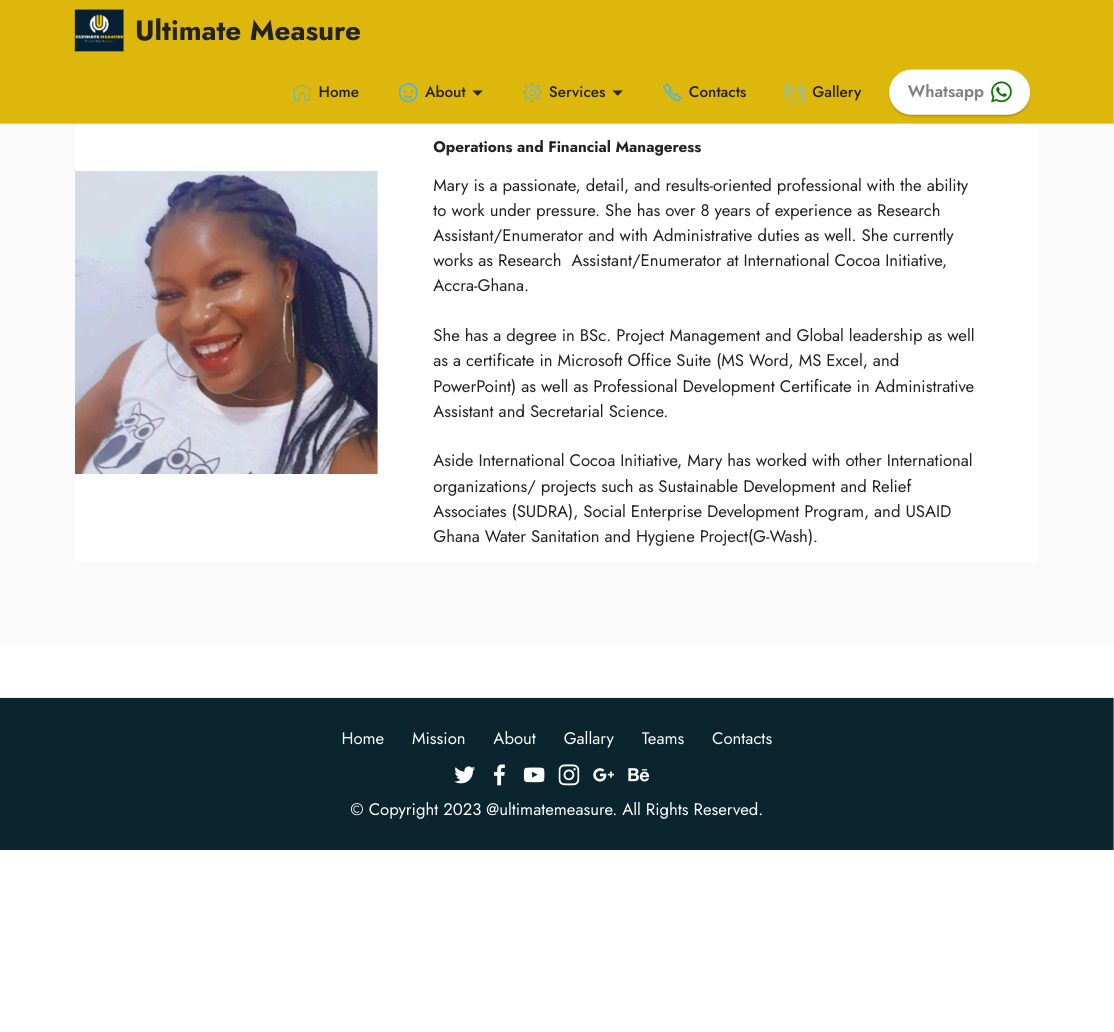
Repository: Saviour-Dagadu/ultMeasure
Page: page5.html
The author's editor kept a copy of each file at every save. The page is drawn from the files as they stood at one save, then again after a run of saves.
The browser window is 1280 px wide. The pictures show the whole page, at 87% of full size.

Above is the page before, as saved 2023-07-19 03:44:14.

### page5.html
<!DOCTYPE html>
<html  >
<head>
  <!-- Site made with Mobirise Website Builder v5.6.13, https://mobirise.com -->
  <meta charset="UTF-8">
  <meta http-equiv="X-UA-Compatible" content="IE=edge">
  <meta name="generator" content="Mobirise v5.6.13, mobirise.com">
  <meta name="twitter:card" content="summary_large_image"/>
  <meta name="twitter:image:src" content="">
  <meta property="og:image" content="">
  <meta name="twitter:title" content="UltimateMeasure_Mary_Profile">
  <meta name="viewport" content="width=device-width, initial-scale=1, minimum-scale=1">
  <link rel="shortcut icon" href="assets/images/ultimate-logo-1.jpeg" type="image/x-icon">
  <meta name="description" content="">


  <title>UltimateMeasure_Mary_Profile</title>
  <link rel="stylesheet" href="assets/web/assets/mobirise-icons2/mobirise2.css">
  <link rel="stylesheet" href="assets/web/assets/mobirise-icons/mobirise-icons.css">
  <link rel="stylesheet" href="assets/bootstrap/css/bootstrap.min.css">
  <link rel="stylesheet" href="assets/bootstrap/css/bootstrap-grid.min.css">
  <link rel="stylesheet" href="assets/bootstrap/css/bootstrap-reboot.min.css">
  <link rel="stylesheet" href="assets/animatecss/animate.css">
  <link rel="stylesheet" href="assets/dropdown/css/style.css">
  <link rel="stylesheet" href="assets/socicon/css/styles.css">
  <link rel="stylesheet" href="assets/theme/css/style.css">
  <link rel="preload" href="https://fonts.googleapis.com/css?family=Jost:100,200,300,400,500,600,700,800,900,100i,200i,300i,400i,500i,600i,700i,800i,900i&display=swap" as="style" onload="this.onload=null;this.rel='stylesheet'">
  <noscript><link rel="stylesheet" href="https://fonts.googleapis.com/css?family=Jost:100,200,300,400,500,600,700,800,900,100i,200i,300i,400i,500i,600i,700i,800i,900i&display=swap"></noscript>
  <link rel="preload" as="style" href="assets/mobirise/css/mbr-additional.css"><link rel="stylesheet" href="assets/mobirise/css/mbr-additional.css" type="text/css">




</head>
<body>

  <section data-bs-version="5.1" class="team2 cid-twdhNmODOZ" xmlns="http://www.w3.org/1999/html" id="team2-h">




    <div class="container">
        <div class="card">
            <div class="card-wrapper">
                <div class="row align-items-center">
                    <div class="col-12 col-md-4">
                        <div class="image-wrapper">
                            <img src="assets/images/21c33b11-4f26-42b3-be18-20bef8bdf8b3.jpg" alt="Mobirise Website Builder">
                        </div>
                    </div>
                    <div class="col-12 col-md">
                        <div class="card-box">
                            <h5 class="card-title mbr-fonts-style m-0 mb-3 display-5"><strong>Mary Kumea</strong></h5>
                            <h6 class="card-subtitle mbr-fonts-style mb-3 display-4">
<div><strong>Operations and Financial Manageress&nbsp;</strong></div></h6>
                            <p class="mbr-text mbr-fonts-style display-7">Mary is a passionate, detail, and results-oriented professional with the ability to work under pressure. She has over 8 years of experience as Research Assistant/Enumerator and with Administrative duties as well. She currently works as Research&nbsp; Assistant/Enumerator at International Cocoa Initiative, Accra-Ghana.&nbsp;<br><br>She has a degree in BSc. Project Management and Global leadership as well as a certificate in Microsoft Office Suite (MS Word, MS Excel, and PowerPoint) as well as Professional Development Certificate in Administrative Assistant and Secretarial Science.<br><br>Aside International Cocoa Initiative, Mary has worked with other International organizations/ projects such as Sustainable Development and Relief Associates (SUDRA), Social Enterprise Development Program, and USAID Ghana Water Sanitation and Hygiene Project(G-Wash).</p>

                        </div>
                    </div>
                </div>
            </div>
        </div>


    </div>
</section>

<section data-bs-version="5.1" class="menu menu2 cid-tyiJ5LKivl" once="menu" id="menu2-3p">

    <nav class="navbar navbar-dropdown navbar-fixed-top navbar-expand-lg">
        <div class="container">
            <div class="navbar-brand">
                <span class="navbar-logo">
                    <a href="index.html#header14-1f">
                        <img src="assets/images/ultimate-logo-1.jpeg" alt="Mobirise Website Builder" style="height: 3rem;">
                    </a>
                </span>
                <span class="navbar-caption-wrap"><a class="navbar-caption text-black text-primary display-5" href="index.html#header14-1f">Ultimate Measure<br></a></span>
            </div>
            <button class="navbar-toggler" type="button" data-toggle="collapse" data-bs-toggle="collapse" data-target="#navbarSupportedContent" data-bs-target="#navbarSupportedContent" aria-controls="navbarNavAltMarkup" aria-expanded="false" aria-label="Toggle navigation">
                <div class="hamburger">
                    <span></span>
                    <span></span>
                    <span></span>
                    <span></span>
                </div>
            </button>
            <div class="collapse navbar-collapse" id="navbarSupportedContent">
                <ul class="navbar-nav nav-dropdown" data-app-modern-menu="true"><li class="nav-item"><a class="nav-link link text-black text-primary display-4" href="index.html#header14-1f"><span class="mbri-home mbr-iconfont mbr-iconfont-btn" style="color: rgb(71, 181, 237);"></span>Home</a></li>
                    <li class="nav-item dropdown"><a class="nav-link link text-black dropdown-toggle display-4" href="index.html#header14-1j" data-toggle="dropdown-submenu" data-bs-toggle="dropdown" data-bs-auto-close="outside" aria-expanded="false"><span class="mobi-mbri mobi-mbri-smile-face mbr-iconfont mbr-iconfont-btn" style="color: rgb(71, 181, 237);"></span>About</a><div class="dropdown-menu" aria-labelledby="dropdown-980"><a class="text-black dropdown-item text-primary display-4" href="page10.html">About Us</a><a class="text-black show dropdown-item text-primary display-4" href="page12.html">Mission</a><a class="text-black dropdown-item text-primary display-4" href="page12.html">Vission</a><a class="text-black show dropdown-item text-primary display-4" href="page11.html">Our Team</a></div></li>
                    <li class="nav-item dropdown"><a class="nav-link link text-black text-primary dropdown-toggle display-4" href="page6.html" data-toggle="dropdown-submenu" data-bs-toggle="dropdown" data-bs-auto-close="outside" aria-expanded="false"><span class="mbri-setting3 mbr-iconfont mbr-iconfont-btn" style="color: rgb(71, 181, 237);"></span>Services</a><div class="dropdown-menu" aria-labelledby="dropdown-109"><a class="text-black text-primary show dropdown-item display-4" href="page6.html">Our Services</a><a class="text-black text-primary dropdown-item display-4" href="page13.html">Training</a><a class="text-black text-primary show dropdown-item display-4" href="page13.html">Research</a></div></li><li class="nav-item"><a class="nav-link link text-black text-primary display-4" href="page7.html"><span class="mobi-mbri mobi-mbri-phone mbr-iconfont mbr-iconfont-btn" style="color: rgb(71, 181, 237);"></span>Contacts</a></li><li class="nav-item"><a class="nav-link link text-black text-primary display-4" href="page9.html"><span class="mbri-photos mbr-iconfont mbr-iconfont-btn" style="color: rgb(110, 199, 242);"></span>Gallery</a></li></ul>

                <div class="navbar-buttons mbr-section-btn"><a class="btn btn-primary display-7" href="https://wa.me/233577313517"><span class="socicon socicon-whatsapp mbr-iconfont mbr-iconfont-btn" style="color: rgb(10, 119, 5);"></span>Whatsapp</a></div>
            </div>
        </div>
    </nav>
</section>

<section data-bs-version="5.1" class="footer3 cid-tyiUsSvvE8" once="footers" id="footer3-3x">





    <div class="container-fluid">
        <div class="row align-center mbr-white">
            <div class="row row-links">
                <ul class="foot-menu">





                <li class="foot-menu-item mbr-fonts-style display-7"><a href="index.html#header14-1f" class="text-white text-primary">Home</a></li><li class="foot-menu-item mbr-fonts-style display-7"><a href="page12.html" class="text-primary">Mission</a></li><li class="foot-menu-item mbr-fonts-style display-7"><a href="page10.html" class="text-white text-primary">About</a></li><li class="foot-menu-item mbr-fonts-style display-7"><a href="page9.html" class="text-primary">Gallary</a></li><li class="foot-menu-item mbr-fonts-style display-7"><a href="page11.html" class="text-white text-primary">Teams</a></li><li class="foot-menu-item mbr-fonts-style display-7"><a href="page7.html" class="text-white text-primary">Contacts</a></li></ul>
            </div>
            <div class="row social-row">
                <div class="social-list align-right pb-2">






                <div class="soc-item">
                        <a href="https://twitter.com/ultmeasure" target="_blank">
                            <span class="mbr-iconfont mbr-iconfont-social socicon-twitter socicon"></span>
                        </a>
                    </div><div class="soc-item">
                        <a href="https://www.facebook.com" target="_blank">
                            <span class="mbr-iconfont mbr-iconfont-social socicon-facebook socicon"></span>
                        </a>
                    </div><div class="soc-item">
                        <a href="https://www.youtube.com" target="_blank">
                            <span class="mbr-iconfont mbr-iconfont-social socicon-youtube socicon"></span>
                        </a>
                    </div><div class="soc-item">
                        <a href="https://instagram.com" target="_blank">
                            <span class="mbr-iconfont mbr-iconfont-social socicon-instagram socicon"></span>
                        </a>
                    </div><div class="soc-item">
                        <a href="https://plus.google.com" target="_blank">
                            <span class="mbr-iconfont mbr-iconfont-social socicon-googleplus socicon"></span>
                        </a>
                    </div><div class="soc-item">
                        <a href="https://www.behance.net" target="_blank">
                            <span class="mbr-iconfont mbr-iconfont-social socicon-behance socicon"></span>
                        </a>
                    </div></div>
            </div>
            <div class="row row-copirayt">
                <p class="mbr-text mb-0 mbr-fonts-style mbr-white align-center display-7">
                    © Copyright 2023 @ultimatemeasure. All Rights Reserved.
                </p>
            </div>
        </div>
    </div>
</section><section class="display-7" style="padding: 0;align-items: center;justify-content: center;flex-wrap: wrap;    align-content: center;display: flex;position: relative;height: 4rem;"><a href="https://mobiri.se/2735054" style="flex: 1 1;height: 4rem;position: absolute;width: 100%;z-index: 1;"><img alt="" style="height: 4rem;" src="data:[embedded picture, 82 characters]"></a><p style="margin: 0;text-align: center;" class="display-7">&#8204;</p><a style="z-index:1" href="https://mobirise.com"></a></section><script src="assets/bootstrap/js/bootstrap.bundle.min.js"></script>  <script src="assets/smoothscroll/smooth-scroll.js"></script>  <script src="assets/ytplayer/index.js"></script>  <script src="assets/dropdown/js/navbar-dropdown.js"></script>  <script src="assets/theme/js/script.js"></script>


  <input name="animation" type="hidden">
  </body>
</html>

### assets/web/assets/mobirise-icons/mobirise-icons.css
@font-face {
  font-family: 'MobiriseIcons';
  src:  url('mobirise-icons.eot?spat4u');
  src:  url('mobirise-icons.eot?spat4u#iefix') format('embedded-opentype'),
    url('mobirise-icons.ttf?spat4u') format('truetype'),
    url('mobirise-icons.woff?spat4u') format('woff'),
    url('mobirise-icons.svg?spat4u#MobiriseIcons') format('svg');
  font-weight: normal;
  font-style: normal;
  font-display: swap;
}

[class^="mbri-"], [class*=" mbri-"] {
  /* use !important to prevent issues with browser extensions that change fonts */
  font-family: MobiriseIcons !important;
  speak: none;
  font-style: normal;
  font-weight: normal;
  font-variant: normal;
  text-transform: none;
  line-height: 1;

  /* Better Font Rendering =========== */
  -webkit-font-smoothing: antialiased;
  -moz-osx-font-smoothing: grayscale;
}

.mbri-add-submenu:before {
  content: "\e900";
}
.mbri-alert:before {
  content: "\e901";
}
.mbri-align-center:before {
  content: "\e902";
}
.mbri-align-justify:before {
  content: "\e903";
}
.mbri-align-left:before {
  content: "\e904";
}
.mbri-align-right:before {
  content: "\e905";
}
.mbri-android:before {
  content: "\e906";
}
.mbri-apple:before {
  content: "\e907";
}
.mbri-arrow-down:before {
  content: "\e908";
}
.mbri-arrow-next:before {
  content: "\e909";
}
.mbri-arrow-prev:before {
  content: "\e90a";
}
.mbri-arrow-up:before {
  content: "\e90b";
}
.mbri-bold:before {
  content: "\e90c";
}
.mbri-bookmark:before {
  content: "\e90d";
}
.mbri-bootstrap:before {
  content: "\e90e";
}
.mbri-briefcase:before {
  content: "\e90f";
}
.mbri-browse:before {
  content: "\e910";
}
.mbri-bulleted-list:before {
  content: "\e911";
}
.mbri-calendar:before {
  content: "\e912";
}
.mbri-camera:before {
  content: "\e913";
}
.mbri-cart-add:before {
  content: "\e914";
}
.mbri-cart-full:before {
  content: "\e915";
}
.mbri-cash:before {
  content: "\e916";
}
.mbri-change-style:before {
  content: "\e917";
}
.mbri-chat:before {
  content: "\e918";
}
.mbri-clock:before {
  content: "\e919";
}
.mbri-close:before {
  content: "\e91a";
}
.mbri-cloud:before {
  content: "\e91b";
}
.mbri-code:before {
  content: "\e91c";
}
.mbri-contact-form:before {
  content: "\e91d";
}
.mbri-credit-card:before {
  content: "\e91e";
}
.mbri-cursor-click:before {
  content: "\e91f";
}
.mbri-cust-feedback:before {
  content: "\e920";
}
.mbri-database:before {
  content: "\e921";
}
.mbri-delivery:before {
  content: "\e922";
}
.mbri-desktop:before {
  content: "\e923";
}
.mbri-devices:before {
  content: "\e924";
}
.mbri-down:before {
  content: "\e925";
}
.mbri-download:before {
  content: "\e989";
}
.mbri-drag-n-drop:before {
  content: "\e927";
}
.mbri-drag-n-drop2:before {
  content: "\e928";
}
.mbri-edit:before {
  content: "\e929";
}
.mbri-edit2:before {
  content: "\e92a";
}
.mbri-error:before {
  content: "\e92b";
}
.mbri-extension:before {
  content: "\e92c";
}
.mbri-features:before {
  content: "\e92d";
}
.mbri-file:before {
  content: "\e92e";
}
.mbri-flag:before {
  content: "\e92f";
}
.mbri-folder:before {
  content: "\e930";
}
.mbri-gift:before {
  content: "\e931";
}
.mbri-github:before {
  content: "\e932";
}
.mbri-globe:before {
  content: "\e933";
}
.mbri-globe-2:before {
  content: "\e934";
}
.mbri-growing-chart:before {
  content: "\e935";
}
.mbri-hearth:before {
  content: "\e936";
}
.mbri-help:before {
  content: "\e937";
}
.mbri-home:before {
  content: "\e938";
}
.mbri-hot-cup:before {
  content: "\e939";
}
.mbri-idea:before {
  content: "\e93a";
}
.mbri-image-gallery:before {
  content: "\e93b";
}
.mbri-image-slider:before {
  content: "\e93c";
}
.mbri-info:before {
  content: "\e93d";
}
.mbri-italic:before {
  content: "\e93e";
}
.mbri-key:before {
  content: "\e93f";
}
.mbri-laptop:before {
  content: "\e940";
}
.mbri-layers:before {
  content: "\e941";
}
.mbri-left-right:before {
  content: "\e942";
}
.mbri-left:before {
  content: "\e943";
}
.mbri-letter:before {
  content: "\e944";
}
.mbri-like:before {
  content: "\e945";
}
.mbri-link:before {
  content: "\e946";
}
.mbri-lock:before {
  content: "\e947";
}
.mbri-login:before {
  content: "\e948";
}
.mbri-logout:before {
  content: "\e949";
}
.mbri-magic-stick:before {
  content: "\e94a";
}
.mbri-map-pin:before {
  content: "\e94b";
}
.mbri-menu:before {
  content: "\e94c";
}
.mbri-mobile:before {
  content: "\e94d";
}
.mbri-mobile2:before {
  content: "\e94e";
}
.mbri-mobirise:before {
  content: "\e94f";
}
.mbri-more-horizontal:before {
  content: "\e950";
}
.mbri-more-vertical:before {
  content: "\e951";
}
.mbri-music:before {
  content: "\e952";
}
.mbri-new-file:before {
  content: "\e953";
}
.mbri-numbered-list:before {
  content: "\e954";
}
.mbri-opened-folder:before {
  content: "\e955";
}
.mbri-pages:before {
  content: "\e956";
}
.mbri-paper-plane:before {
  content: "\e957";
}
.mbri-paperclip:before {
  content: "\e958";
}
.mbri-photo:before {
  content: "\e959";
}
.mbri-photos:before {
  content: "\e95a";
}
.mbri-pin:before {
  content: "\e95b";
}
.mbri-play:before {
  content: "\e95c";
}
.mbri-plus:before {
  content: "\e95d";
}
.mbri-preview:before {
  content: "\e95e";
}
.mbri-print:before {
  content: "\e95f";
}
.mbri-protect:before {
  content: "\e960";
}
.mbri-question:before {
  content: "\e961";
}
.mbri-quote-left:before {
  content: "\e962";
}
.mbri-quote-right:before {
  content: "\e963";
}
.mbri-refresh:before {
  content: "\e964";
}
.mbri-responsive:before {
  content: "\e965";
}
.mbri-right:before {
  content: "\e966";
}
.mbri-rocket:before {
  content: "\e967";
}
.mbri-sad-face:before {
  content: "\e968";
}
.mbri-sale:before {
  content: "\e969";
}
.mbri-save:before {
  content: "\e96a";
}
.mbri-search:before {
  content: "\e96b";
}
.mbri-setting:before {
  content: "\e96c";
}
.mbri-setting2:before {
  content: "\e96d";
}
.mbri-setting3:before {
  content: "\e96e";
}
.mbri-share:before {
  content: "\e96f";
}
.mbri-shopping-bag:before {
  content: "\e970";
}
.mbri-shopping-basket:before {
  content: "\e971";
}
.mbri-shopping-cart:before {
  content: "\e972";
}
.mbri-sites:before {
  content: "\e973";
}
.mbri-smile-face:before {
  content: "\e974";
}
.mbri-speed:before {
  content: "\e975";
}
.mbri-star:before {
  content: "\e976";
}
.mbri-success:before {
  content: "\e977";
}
.mbri-sun:before {
  content: "\e978";
}
.mbri-sun2:before {
  content: "\e979";
}
.mbri-tablet:before {
  content: "\e97a";
}
.mbri-tablet-vertical:before {
  content: "\e97b";
}
.mbri-target:before {
  content: "\e97c";
}
.mbri-timer:before {
  content: "\e97d";
}
.mbri-to-ftp:before {
  content: "\e97e";
}
.mbri-to-local-drive:before {
  content: "\e97f";
}
.mbri-touch-swipe:before {
  content: "\e980";
}
.mbri-touch:before {
  content: "\e981";
}
.mbri-trash:before {
  content: "\e982";
}
.mbri-underline:before {
  content: "\e983";
}
.mbri-unlink:before {
  content: "\e984";
}
.mbri-unlock:before {
  content: "\e985";
}
.mbri-up-down:before {
  content: "\e986";
}
.mbri-up:before {
  content: "\e987";
}
.mbri-update:before {
  content: "\e988";
}
.mbri-upload:before {
 content: "\e926";
}
.mbri-user:before {
  content: "\e98a";
}
.mbri-user2:before {
  content: "\e98b";
}
.mbri-users:before {
  content: "\e98c";
}
.mbri-video:before {
  content: "\e98d";
}
.mbri-video-play:before {
  content: "\e98e";
}
.mbri-watch:before {
  content: "\e98f";
}
.mbri-website-theme:before {
  content: "\e990";
}
.mbri-wifi:before {
  content: "\e991";
}
.mbri-windows:before {
  content: "\e992";
}
.mbri-zoom-out:before {
  content: "\e993";
}
.mbri-redo:before {
  content: "\e994";
}
.mbri-undo:before {
  content: "\e995";
}

Loaded but not shown: assets/bootstrap/css/bootstrap.min.css (library); assets/bootstrap/css/bootstrap-grid.min.css (library); assets/bootstrap/css/bootstrap-reboot.min.css (library); assets/animatecss/animate.css (library); assets/mobirise/css/mbr-additional.css (library); assets/bootstrap/js/bootstrap.bundle.min.js (library); assets/smoothscroll/smooth-scroll.js (library); assets/ytplayer/index.js (library); assets/theme/js/script.js (library); assets/dropdown/js/navbar-dropdown.js (7 lines, source omitted); assets/socicon/css/styles.css (934 lines, source omitted); assets/theme/css/style.css (961 lines, source omitted); assets/web/assets/mobirise-icons2/mobirise2.css (498 lines, source omitted); assets/dropdown/css/style.css (263 lines, source omitted)

After the next 2 saves:
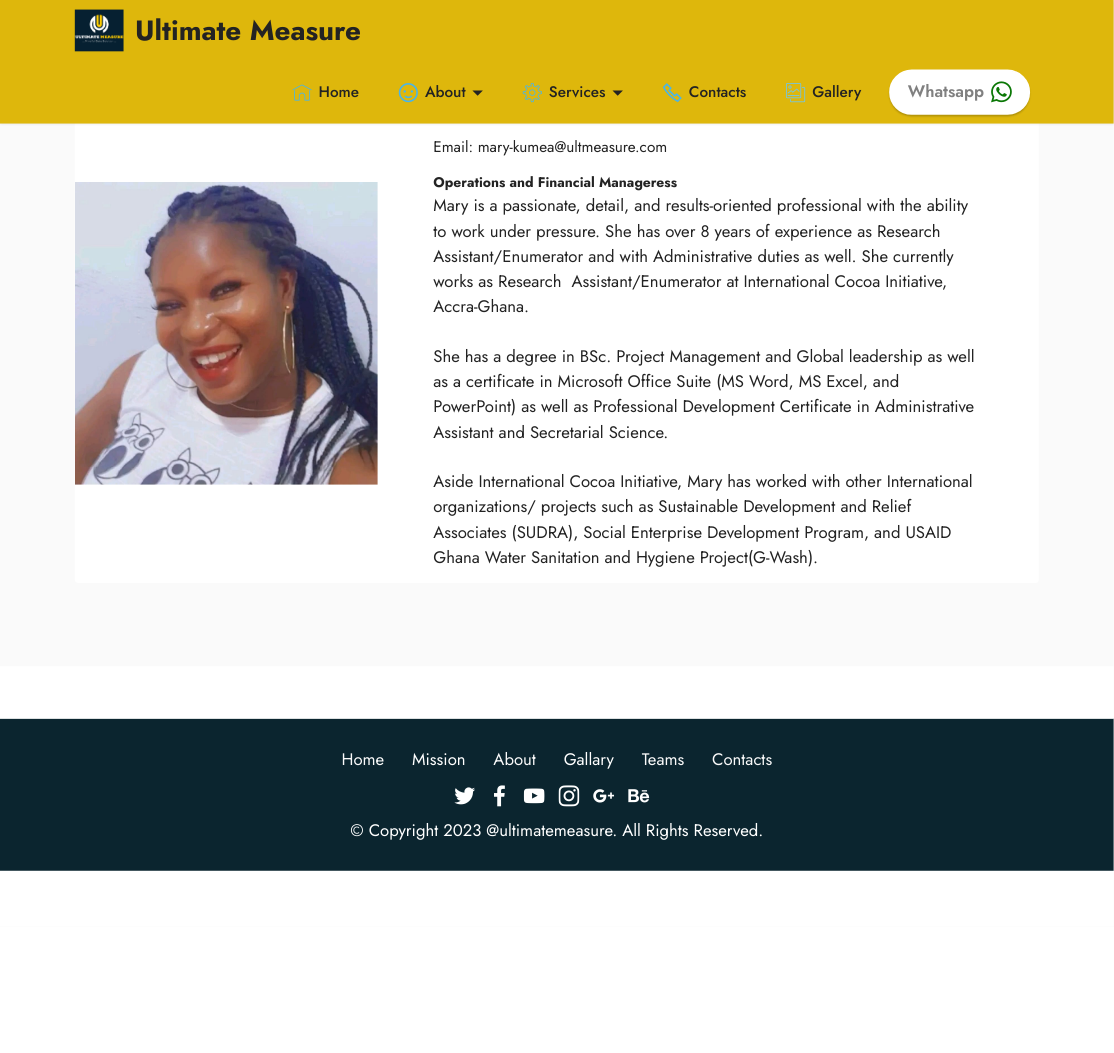
The 2 saves are shown as one change because they came seconds apart.
The last was saved 52 s later.
--- a/page5.html
+++ b/page5.html
@@ -51,7 +51,7 @@
                     <div class="col-12 col-md">
                         <div class="card-box">
                             <h5 class="card-title mbr-fonts-style m-0 mb-3 display-5"><strong>Mary Kumea</strong></h5>
-                            <h6 class="card-subtitle mbr-fonts-style mb-3 display-4">
+                            <h6 class="card-subtitle mbr-fonts-style mb-3 display-4">Email: mary-kumea@ultmeasure.com</h6>
 <div><strong>Operations and Financial Manageress&nbsp;</strong></div></h6>
                             <p class="mbr-text mbr-fonts-style display-7">Mary is a passionate, detail, and results-oriented professional with the ability to work under pressure. She has over 8 years of experience as Research Assistant/Enumerator and with Administrative duties as well. She currently works as Research&nbsp; Assistant/Enumerator at International Cocoa Initiative, Accra-Ghana.&nbsp;<br><br>She has a degree in BSc. Project Management and Global leadership as well as a certificate in Microsoft Office Suite (MS Word, MS Excel, and PowerPoint) as well as Professional Development Certificate in Administrative Assistant and Secretarial Science.<br><br>Aside International Cocoa Initiative, Mary has worked with other International organizations/ projects such as Sustainable Development and Relief Associates (SUDRA), Social Enterprise Development Program, and USAID Ghana Water Sanitation and Hygiene Project(G-Wash).</p>
 
